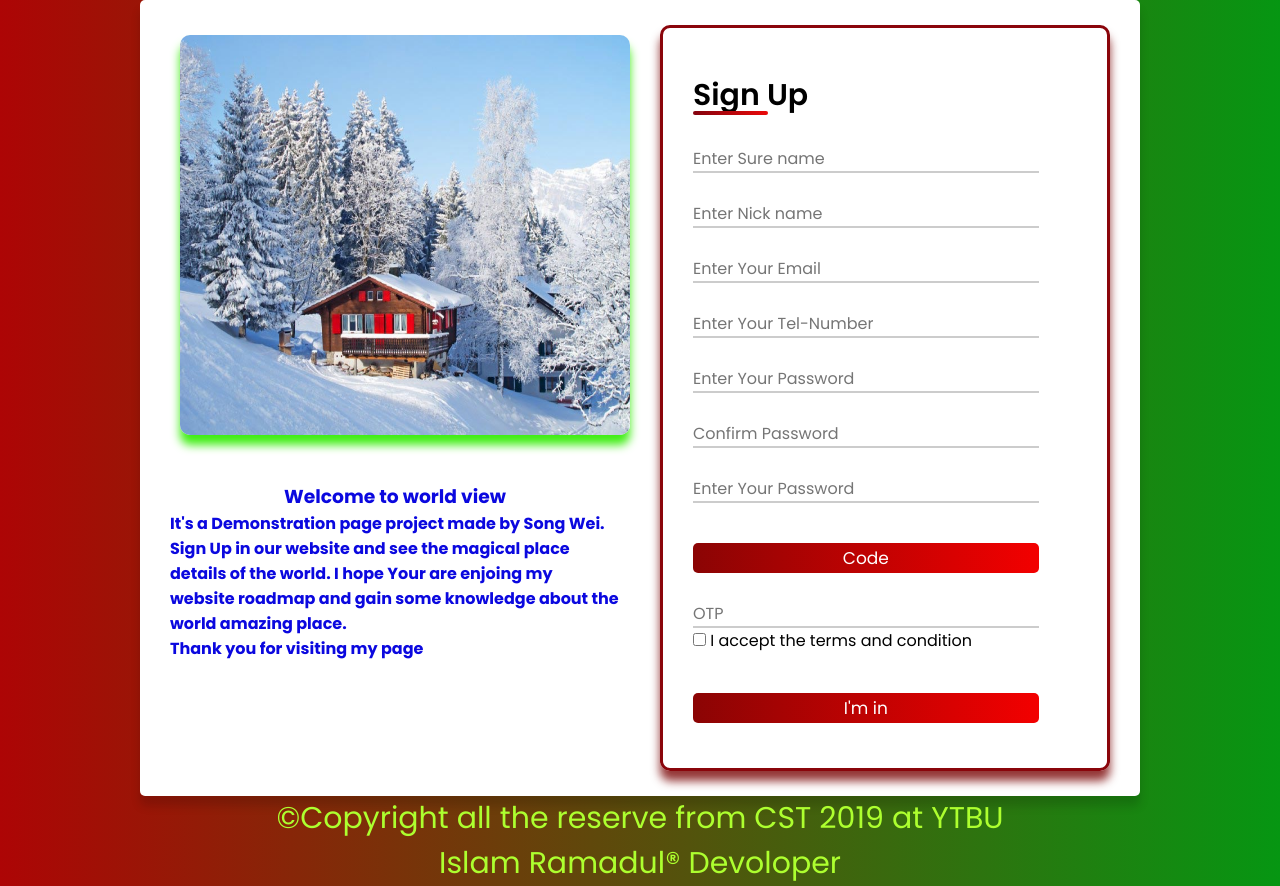
Repository: dev-ashik/Halloween
Page: Reg Page/Index.html
The author's editor kept a copy of each file at every save. The page is drawn from the files as they stood at one save, then again after the next save.
The browser window is 1280 px wide. The pictures show the whole page.

Above is the page before, as saved 2021-12-21 22:46:40.

After the next save:
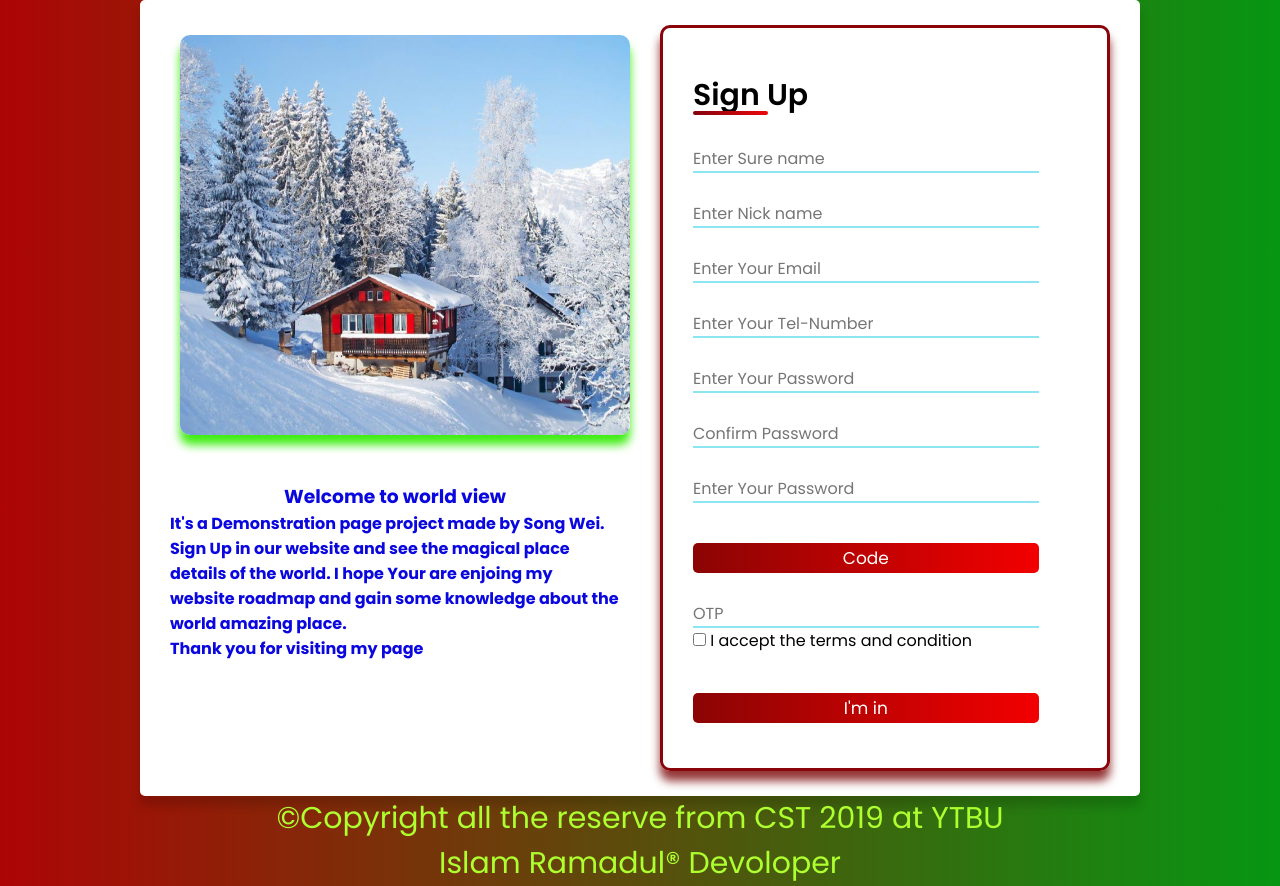
Saved 29 s later.
--- a/Reg Page/CSS/main.css
+++ b/Reg Page/CSS/main.css
@@ -101,7 +101,7 @@ body {
     position: absolute;
     height: 2px;
     width: 100%;
-    background: #ccc;
+    background: rgb(140, 230, 241);
     left: 0;
     bottom: 0;
 }
